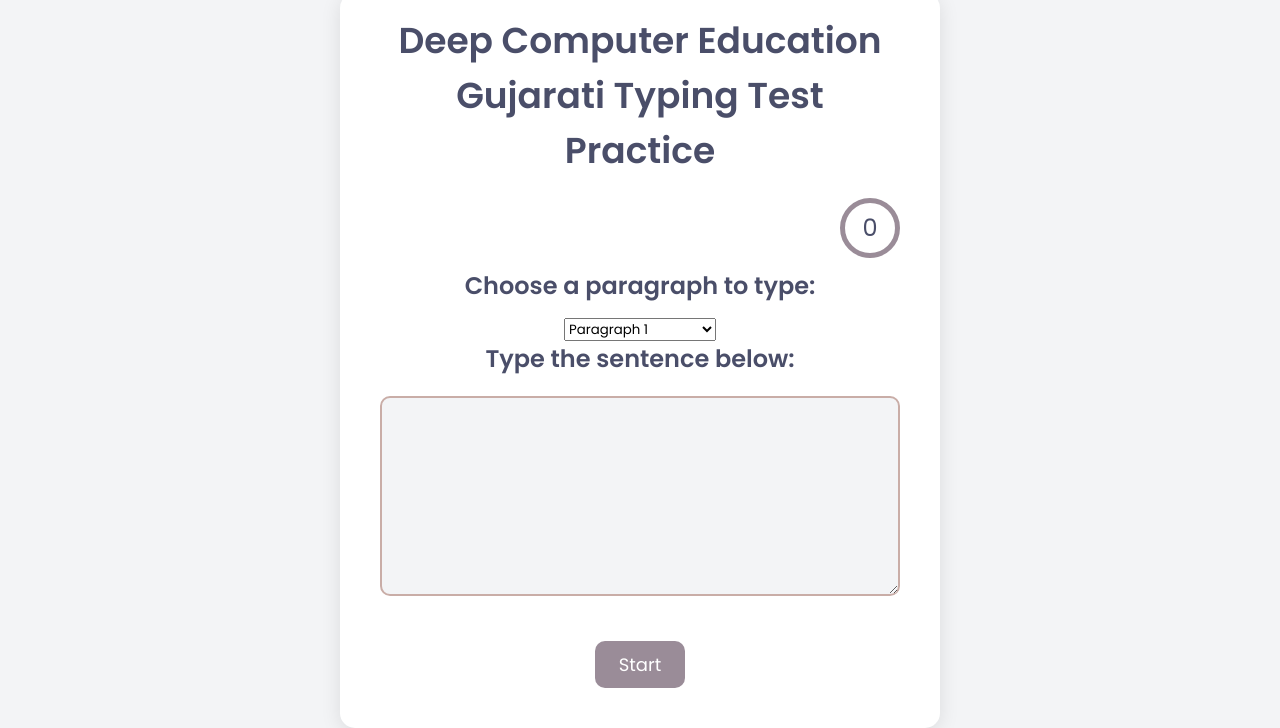
Repository: ssj27072002/Gujarati-typing-test
Page: typingGame/index.html
These files come from the project's save history. The page is drawn as it stood at one moment and after the next save; the edit follows.
The browser window is 1280 px wide. The pictures show the whole page.
After loading, the first visible `#paragraphSelector` was changed once.

Above is the page before, as saved 2024-06-13 10:07:08.

After the next save:
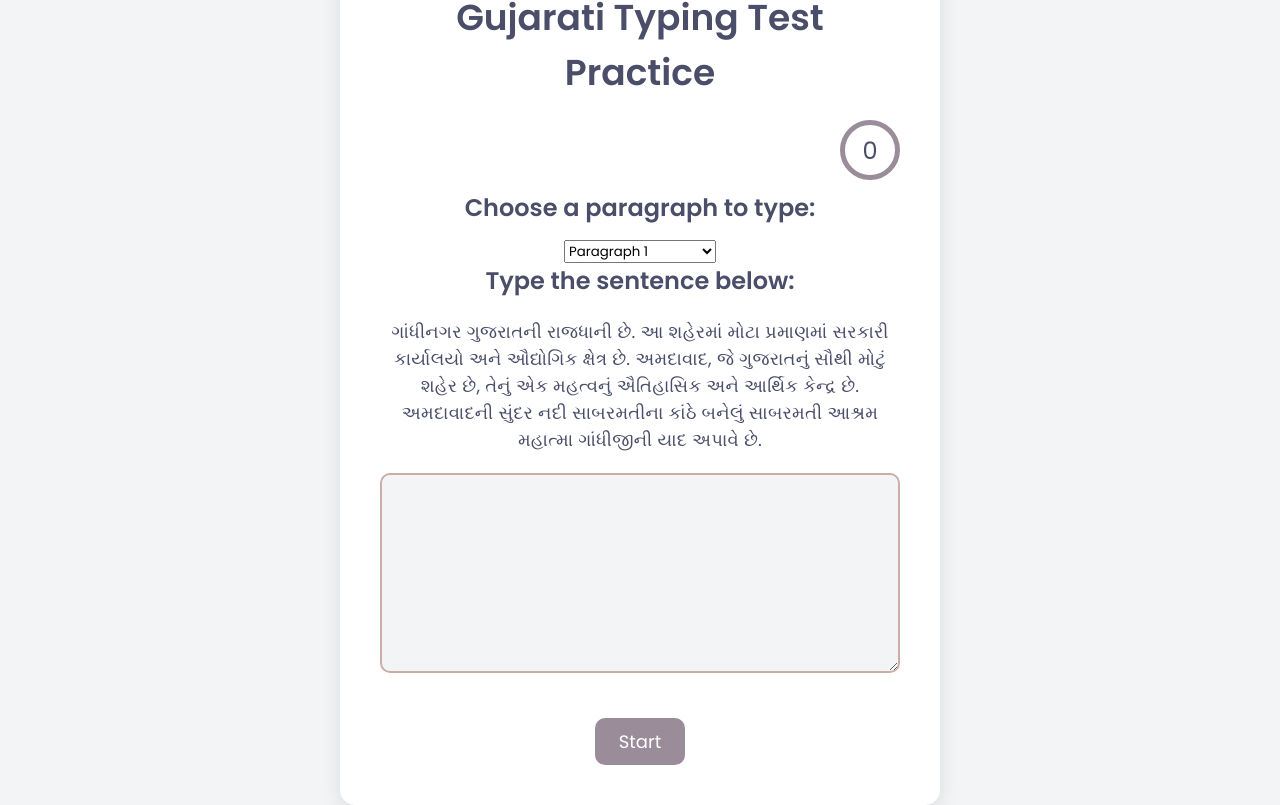
Saved 62 s later.
--- a/typingGame/js/index.js
+++ b/typingGame/js/index.js
@@ -104,3 +104,14 @@
     show_time.innerHTML = "0";
     score.innerHTML = "";
 });
+
+paragraphSelector.addEventListener('change', () => {
+    const selectedValue = paragraphSelector.value;
+    if (selectedValue) {
+        showSentence.textContent = paragraphs[selectedValue];
+        textarea.disabled = false;
+    } else {
+        showSentence.textContent = '';
+        textarea.disabled = true;
+    }
+});
